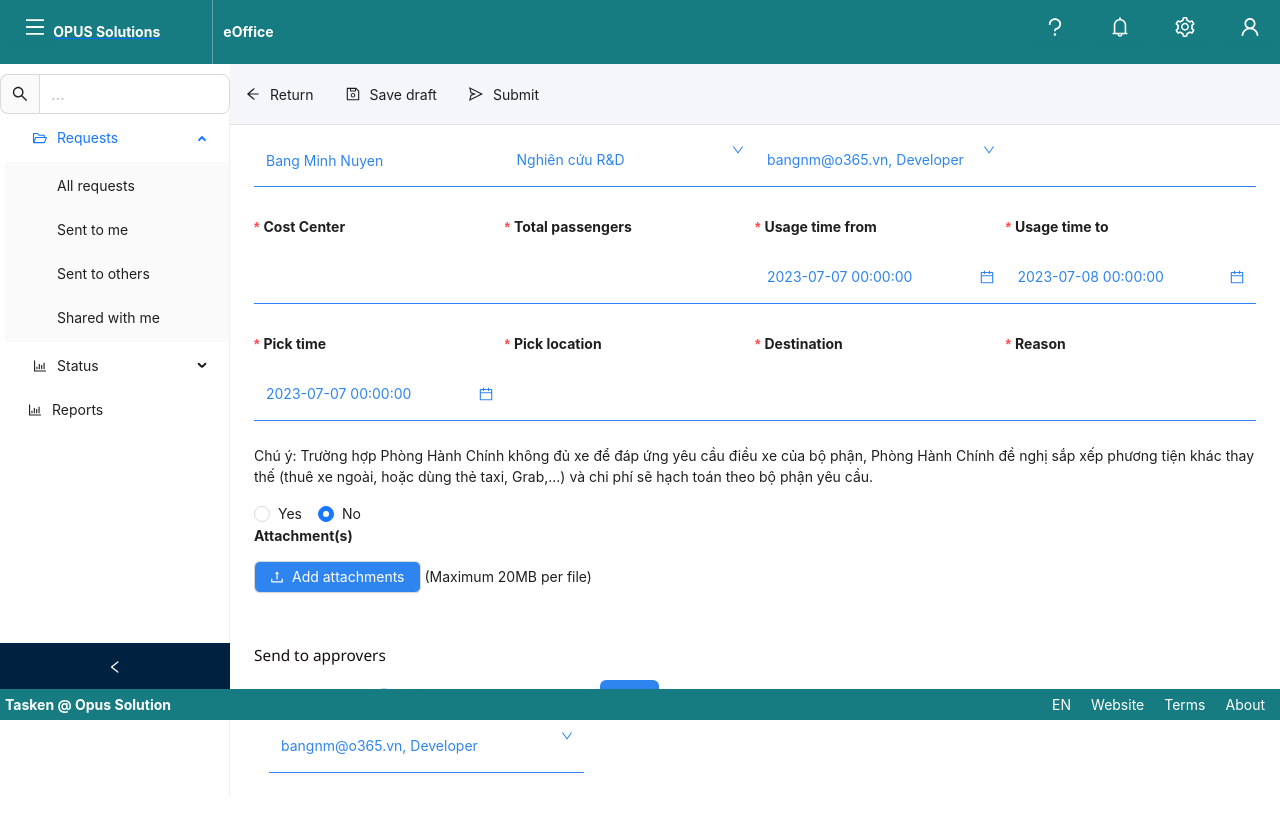
Repository: vannam272008/car-booking
Page: /request/addrequest
These files come from the project's save history. The page is drawn as it stood at one moment and after the next save; the edit follows.
The browser window is 1280 px wide. The pictures show the whole page.
The project was rebuilt for these pictures with package versions that can differ from the ones it lists, and the page was loaded fresh each time. Also part of the build but not shown: src/Components/DetailRequest/Comments/comment.tsx, src/Components/DetailRequest/Menu/menu.tsx, src/Components/DetailRequest/DetailRequest/detailRequest.tsx, src/Pages/ManageRequest/index.css, src/Pages/ManageRequest/ManageRequest.tsx. Imported but missing from the stored project, and not drawn on this page: src/Pages/Home.

Above is the page before, as saved 2023-07-09 22:26:26.

### src/index.tsx
import React from 'react';
import ReactDOM from 'react-dom/client';
import './index.css';
import App from './App';
import reportWebVitals from './reportWebVitals';
import { BrowserRouter } from 'react-router-dom';
import { Provider } from 'react-redux';
import { configureStore } from '@reduxjs/toolkit';
import requestReducer from './Reducers/requestReducer';
import { store } from './Store/store';


const root = ReactDOM.createRoot(
  document.getElementById('root') as HTMLElement
);
root.render(
  <Provider store={store}>
    <React.StrictMode>
      <BrowserRouter>
        <App />
      </BrowserRouter>
    </React.StrictMode>
  </Provider>
);

// If you want to start measuring performance in your app, pass a function
// to log results (for example: reportWebVitals(console.log))
// or send to an analytics endpoint. Learn more: https://bit.ly/CRA-vitals
reportWebVitals();

### src/App.tsx
import { Route, Routes } from 'react-router-dom';
import './App.css';
import Home from './Pages/Home';
import DetailRequest from './Components/DetailRequest/DetailRequest/detailRequest';
import ManageRequest from './Pages/ManageRequest/ManageRequest';
import AddRequest from './Components/AddRequest/AddRequest/addRequest';


function App() {
  return (
    <Routes>
      <Route path="/" element={<Home />} />
      <Route path="/request/carbooking" element={<ManageRequest />} />
      <Route path="/request/detail" element={<DetailRequest />} />
      <Route path='/request/addrequest' element={<AddRequest />} />
      {/* <Route path="/employee/create" element={<AddEmployee />} />
        <Route path="/department/create" element={<AddDepartment />} /> */}
    </Routes>
  );
}

export default App;

### src/Store/store.ts
import requestReducer from "../Reducers/requestReducer";
import { configureStore, createStore } from "@reduxjs/toolkit";


// export const store = configureStore({
//     reduder: {
//         request: requestReducer
//     }
// });

export const store = createStore(requestReducer);

### src/Reducers/requestReducer.ts
// interface RequestState {
//     requestList: string[]
// }

const initState = {
    requestList: [],
    success: true,
}

const requestReducer = (state = initState, action: { type: any; payload: any }) => {
    switch (action.type) {
        case 'SET_REQUEST_LIST':
            return {
                ...state,
                requestList: action.payload,
                success: false
            }
        default:
            return state
    }
}

export default requestReducer

### src/Components/RequestLayout/index.jsx
import React, { useState } from 'react';
import { LaptopOutlined, NotificationOutlined, UserOutlined } from '@ant-design/icons';
import { Layout, theme } from 'antd';
import AppHeader from '../../Components/AppHeader';
import AppSider from '../../Components/AppSider';
import AppFooter from '../../Components/AppFooter';

import "./RequestLayout.scss";

const { Content } = Layout;

const RequestLayout = ({ profile, children }) => {
    const {
        token: { colorBgContainer },
    } = theme.useToken();

    return (
        <div className='manage-request'>
            <AppHeader />
            <Content>
                <Layout style={{ padding: '24px 0', backgroundColor: colorBgContainer }}>
                    <AppSider profile={profile} />
                    <Layout style={{ padding: '24px 0px',backgroundColor: colorBgContainer}}>
                        <Content style={{ padding: '0 24px', minHeight: 280 }}>
                            {children()}
                        </Content>
                    </Layout>
                </Layout>
            </Content>
            <AppFooter />
        </div>


    );
};

export default RequestLayout;

### src/Components/DetailRequest/DetailRequest/detailRequest.css
*{
    box-sizing: border-box;
  }
  .required {
    color: red;
  }
  .page-detail-request{
    min-height: calc(100vh - 83px);
    transition: all 0.3s;
    background-color: #ffffff;
    font-family: "Helvetica Neue",Helvetica,Arial,sans-serif;
    font-size: 14px;
    line-height: 1.42857143;
    color: #333;
    background-color: #fff;
  }

  .info-detail-request{
    margin-top: 85px;
    margin-right: -20px;
    padding-right: 15px;
  }

  .info-basic-detail-request p{
    width: 100%;
    font-weight: 700;
  }

  .title-detail-request{
    color: #434343;
    text-align: center;
    font-size: 30px;
    margin-top: 20px;
    margin-bottom: 20px;
    font-family: inherit;
    font-weight: 500;
    line-height: 1.1;
    font-weight: 700;
  }

  .content-detail-request{
    font-family: "Segoe UI";
    font-size: 14px;
    line-height: 1.42857143;
  }

  .col-detail-request{
    margin-bottom: 15px;
    position: relative;
    min-height: 1px;
    padding-right: 15px;
    padding-left: 15px;
  }

  .col-detail-request label{
    display: inline-block;
    max-width: 100%;
    margin-bottom: 5px;
    font-weight: 700;
    cursor: default;
    font-family: "Segoe UI";
  }
  .attention-detail-request{
    margin-top: 30px;
    margin-bottom: 30px;
    font-family: "Segoe UI";
  }

  .attention-detail-request  p{
    font-size: 1.1em;
    font-weight: 300;
    line-height: 1.7em;
    color: #130e0e;
  }

  .list-approvers p{
    font-size: 1.1em;
    font-weight: 300;
    line-height: 1.7em;
    color: #130e0e;
    margin: 0 0 10px;
  }

  .approver{
    margin-bottom: 15px;
    position: relative;
    min-height: 1px;
    padding-right: 15px;
    padding-left: 15px;
  }

  .approver  label{
    display: inline-block;
    max-width: 100%;
    margin-bottom: 5px;
    font-weight: 700;
    cursor: default;
  }

### src/Components/AddRequest/MenuAdd/menuAdd.tsx
import React from 'react';
import { Menu } from 'antd';
import {
    ArrowLeftOutlined,
    SaveOutlined,
    SendOutlined
} from '@ant-design/icons';
import './menuAdd.css'

function MenuAdd(): JSX.Element {
    return (
        <div>
            <Menu mode="horizontal" className='fixed-menu '>
                <Menu.Item key="return" icon={<ArrowLeftOutlined />}>
                    Return
                </Menu.Item>
                <Menu.Item key="savedraft" icon={<SaveOutlined />}>
                    Save draft
                </Menu.Item>
                <Menu.Item key="submit" icon={<SendOutlined />}>
                    Submit
                </Menu.Item>
            </Menu>
        </div>
    );
}

export default MenuAdd;

### src/Components/AddRequest/AddRequest/addRequest.css
/* .row-request .col-request Input{
    border: none;
    border-radius: 0;
    border-bottom: 1px solid #2F85EF;
    color: #2F85EF;
    box-shadow: none;
}

.ant-form-item-control-input-content .ant-select .ant-select-selector {
    border: none;
    border-radius: 0;
    border-bottom: 1px solid #2F85EF;
    color: #2F85EF;
    box-shadow: none; border: none;
} */
/* .select-add-request .ant-select-selector {
    color: #2F85EF;
    border: none;
} */
.form-approver{
    margin-top: 50px;
    margin-right: 10px;
}
.add-approvers{
    margin-left: 15px;
}
.form-approver > h6{
    font-size: 1.1em;
    font-weight: 300;
    line-height: 1.7em;
    color: #130e0e;
    margin: 0 0 10px;
    font-family: "Segoe UI";
}
.ant-row .ant-form-item-label{
    padding: 0;
}
.ant-form-item-required{
    font-weight: 700;
}
.ant-select-arrow .ant-select-suffix{
    color: #2F85EF;

}
.ant-form-item-control-input-content input{
    border: none;
    border-radius: 0;
    border-bottom: 1px solid #2F85EF;
    color: #2F85EF;
    box-shadow: none;
    height: 53px;
    width: 100%;
    padding: 6px 12px;
    font-size: 14px;
    line-height: 1.42857143;

}
.ant-form-item-control-input-content .ant-select .ant-select-selector{
    border: none;
    border-radius: 0;
    border-bottom: 1px solid #2F85EF;
    width: 100%;
    float: left;
    height: 53px;
    background-color: #fff;
    padding: 6px 12px;
    white-space: nowrap;
    color: #2F85EF;

}
.ant-select .ant-select-selector .ant-select-selection-item{
    display: flex;
    align-items: center;
}
.ant-picker{
    border: none;
    border-radius: 0;
    border-bottom: 1px solid #2F85EF;
    width: 100%;
    float: left;
    height: 53px;
    background-color: #fff;
    padding: 6px 12px;
    white-space: nowrap;
}
.anticon-calendar{
    color: #2F85EF;
}
.ant-picker .ant-picker-input input {
    color: #2F85EF;
}
.cursor-notallow-applicant{
    cursor: not-allowed;
}

### src/Components/DetailRequest/Comments/comment.css
.comments-detail-request{
    margin-top: 25px;
}
.title-comment{
    color: #434343 !important;
    font-size: 30px;
    margin-top: 20px;
    margin-bottom: 10px;
    font-family: inherit;
    font-weight: 500;
    line-height: 1.1;
}
.row-comment-box{
    margin-bottom: 25px;
}
.input-comment{
    width: 100%;
    border: none;
    background: #EBEEF0;
    font-size: 14px;
    line-height: 1.42857143;
    color: #555;
    border-radius: 4px;
    box-shadow: inset 0 1px 1px rgba(0,0,0,.075);
}
.btn-comment{
    background-color: rgb(75,167,71);
    color: white;
}
.upload-comment{
    padding-left: 40px;
}
.list-comment{
    max-width: 555px;
    padding: 15px 0;
    border-top: 1px solid #DDDDDD;
}
.reply-upload-comment{
    margin-top: 15px;
}
.comment-avatar{
    float: left;
    width: 40px;
    padding: 1px;
    margin-top: 10px;
    margin-right: 10px;
    margin-left: 10px;
}
.comment-reply{
    width: 65px;
    text-align: right;
}
.comment-content{
    font-size: 1.1em;
    font-weight: 300;
    line-height: 1.7em;
    color: #130e0e;
    margin: 0 0 10px;
}
.comment-author{
    font-weight: 700;
    margin-right: 8px;
    color: #434343;
    font-size: 13px;
    line-height: 1.7em;
}
.comment-date{
    font-size: 13px;
    margin-left: 15px;
    color: #b4afb2;
    font-style: italic;
}
.reply-comment{
    width: 100%;
    border-top: 1px solid #DDDDDD;
    margin-left: 50px;
    padding: 15px 0;
}
.reply-row{
    width: 100%;
    margin-top: 15px;
    padding-bottom: 0;
    display: flex;
    flex-wrap: wrap;
}
.btn-cancel{
    border: 1px solid transparent;
    border-radius: 4px;
    font-size: 14px;
    font-weight: 400;
    line-height: 1.42857143;
    text-align: center;
    background-color: #f0ad4e;
    margin-left: 15px;
    color: #ffffff;
    padding: 4px 12px;
    height: 30px;
}
.btn-save{
    margin-left: 15px;
}
.reply-comment-row{
    width: 505px;
    margin-left: 50px;
    padding: 15px 0;
    border-top: 1px solid #DDDDDD;
    min-width: 444px;
}

### src/Components/DetailRequest/Menu/menu.css
.fixed-menu {
    position: fixed;
    top: 64px;
    width: 100%;
    z-index: 999;
    border-bottom: 1px solid #e1e1e1;
    border-top-left-radius: 0;
    background-color: rgb(245,246,250);
    min-height: 61px;
    display: flex;
    align-items: center;
    flex-wrap: wrap;
    margin-left: -24px;
}

.fixed-menu .Menu.Item {
    white-space: nowrap;
    margin: 0 10px;
    color: #8894A1;
    font-weight: 500;
    text-decoration: none;
    outline: none;
    transition: all 0.3s;
    cursor: pointer;
    background-color: transparent;
}

### src/Components/AppSider/index.tsx
import React, { useState } from 'react';
import type { MenuProps } from 'antd';
import { Layout, Menu, theme, Space } from 'antd';
import { Input } from 'antd';

import { FolderOpenOutlined, BarChartOutlined, SearchOutlined, SettingOutlined } from '@ant-design/icons';
import "./AppSider.scss";



const { Sider } = Layout;

type MenuItem = Required<MenuProps>['items'][number];

function getItem(
    label: React.ReactNode,
    key: React.Key,
    icon?: React.ReactNode,
    children?: MenuItem[],
    type?: 'group',
): MenuItem {
    return {
        key,
        icon,
        children,
        label,
        type,
    } as MenuItem;
}



const AppSider = (props: any) => {

    const items: MenuProps['items'] = [
        getItem('Requests', 'requests', <FolderOpenOutlined />, [
            getItem('All requests', 'all-request'),
            getItem('Sent to me', 'sent-to-me'),
            getItem('Sent to others', 'sent-to-others'),
            getItem('Shared with me', 'shared-with-me'),
        ]),

        getItem('Status', 'status', <BarChartOutlined />, [
            getItem('Draft', 'draft'),
            getItem('Approving', 'approving'),
            getItem('Approved', 'approved'),
            getItem('Rejected', 'rejected'),
        ]),

        getItem('Reports', 'reports', <BarChartOutlined />),

    ];

    const profileItems: MenuProps['items'] = [

        getItem('Setting', 'setting', <SettingOutlined />),

    ];

    const [openItem, setOpenItem] = useState('requests');

    const handleClick: MenuProps['onClick'] = (e) => {
        console.log('click ', e);
    };
    const [collapsed, setCollapsed] = useState(false);
    const {
        token: { colorBgContainer },
    } = theme.useToken();
    return (
        <Sider collapsible collapsed={collapsed} onCollapse={(value) => setCollapsed(value)} style={{ background: colorBgContainer }} width={230}>
            <Space.Compact size="large">
                <Input addonBefore={<SearchOutlined />} placeholder="..." />
            </Space.Compact>
            <Menu
                mode="inline"
                defaultSelectedKeys={[openItem]}
                defaultOpenKeys={['requests']}
                openKeys={[openItem]}
                style={{ height: '100%' }}
                items={props.profile ? profileItems : items}
                onClick={handleClick}
                onOpenChange={(openKey) => {
                    setOpenItem(openKey[1])
                }}
            />
        </Sider>


    )
}

export default AppSider;

### src/Components/AppFooter/index.tsx
import { Layout } from 'antd';
import "./AppFooter.scss";

const { Footer } = Layout

const AppFooter = () => {
    return (
        <Footer className='mcs-footer'>
            <div>
                <span className='footer-left'><b>Tasken @ Opus Solution</b></span>
                <div className='footer-right'>
                    <span>EN</span>
                    <span>Website</span>
                    <span>Terms</span>
                    <span>About</span>
                </div>
            </div>

        </Footer>)
}

export default AppFooter;

### src/Components/AppHeader/AppHeader.scss
.mcs-header {
    position: fixed;
    z-index: 1001;
    align-items: center;
    background-color: #167c82;
    width: 100%;
    padding-inline: 0;

    & .row-header {
        align-items: center;

        & .btn-menu {
            border: none;
            background-color: #167c82;
            color: white;
            font-size: 20px;
            margin-left: 10px;
        }
    }

    & .col-logo {
        width: 100%;
        border-right: 1px solid rgba(255, 255, 255, 0.3);


        & p {
            width: 100%;
            color: white;
            display: contents;
        }
    }

    & .col-label {
        padding-left: 10px;
        width: 100%;


        & p {
            width: 100%;
            color: white;
            display: contents;
        }
    }

    & .col-function {
        & .group-btn {
            float: right;

            & .btn-item {
                font-size: 20px;
                margin-left: 5px;
                margin-right: 5px;
                border: none;
                background-color: #167c82;
                color: white;

                margin-left: 10px;
            }

        }
    }







}

.ant-dropdown {

    & .dropdown-help {
        display: block;
        right: 0;
        top: 50px;
        width: 320px;
        height: calc(100vh - 84px);
        background-color: #fff;
        border: 1px solid #c8c8c8;

        & .title-dropdown {
            border-bottom: 1px solid #ddd;
            padding-bottom: 5px;
            padding-top: 5px;

            & span {
                margin-left: 10px;
                font-size: 25px;
            }

            & .btn-close {
                font-size: 20px;
                margin-left: 5px;
                margin-right: 5px;
                border: none;
                background-color: white;
                color: black;
                float: right;
            }
        }

        & .content-dropdown {
            display: block;
            margin-top: 10px;




            & .account-info {
                & img {
                    margin-left: 10px;
                    float: left;
                    width: 64px;
                    height: 64px;
                }

                & .info-name {
                    margin-left: 10px;
                    float: left;
                    font-size: 20px;
                }

                & .info-email {
                    margin-left: 10px;
                    font-style: italic;
                }
            }

            .content-info {
                border-top: 1px solid #ddd;
                margin-top: 20px;

                & span {
                    font-size: 20px;
                    margin-left: 10px;
                }

                & p {
                    color: #4BA747;
                    margin-left: 25px;
                }
            }

            & span {
                font-size: 20px;
                margin-left: 10px;
            }

            & p {
                color: #4BA747;
                margin-left: 25px;
            }


        }




    }
}

// .logo {
//     width: 200px;
//     height: 100px;
// }

// .header {
//     background-color: #fff;
//     height: 100px;
//     line-height: 100px;
//     padding: 0;
// }

// .header-name {
//     font-family: 'Segoe UI';
//     font-size: 16px;
//     font-weight: 700;
//     color: #0273bb;
// }

// .header-homepage {
//     font-family: 'Segoe UI';
//     font-size: 16px;
//     font-weight: 700;
//     color: #0273bb;
//     float: right;
//     padding-right: 50px;
//     position: relative;
//     top: -100px;
// }

// .logo-name {
//     display: flex;
// }


/* Extra small devices (phones, 600px and down) */
@media only screen and (max-width: 600px) {
    .header-homepage {
        display: none;
    }

    .header-name {
        font-size: 10px;
    }
}

/* Small devices (portrait tablets and large phones, 600px and up) */
@media only screen and (min-width: 600px) {}

/* Medium devices (landscape tablets, 768px and up) */
@media only screen and (min-width: 768px) {}

/* Large devices (laptops/desktops, 992px and up) */
@media only screen and (min-width: 992px) {}

/* Extra large devices (large laptops and desktops, 1200px and up) */
@media only screen and (min-width: 1240px) {}

### src/Components/AppSider/AppSider.scss
.ant-layout {
        & li {
                padding-left: 5px;
        }

        & .ant-layout-sider {
                position: sticky;
                left: 0;
                margin-top: 50px;



        }

        & .ant-layout-sider-children {}

        & .ant-layout-sider-trigger {
                margin-bottom: 29px;
        }
}

### src/Components/AppFooter/AppFooter.scss
.mcs-footer {
    background-color: #167c82;
    color: #fff;
    position: fixed;
    width: 100%;
    bottom: 0;
    padding: 5px;

    & .footer-left {
        float: left;
    }

    & .footer-right {
        float: right;

        & span {
            padding-left: 10px;
            padding-right: 10px;
        }
    }
}

Loaded but not shown: public/index.html (common file); src/index.css (common file); src/reportWebVitals.ts (common file); src/App.css (common file); src/Components/AddRequest/AddRequest/addRequest.tsx (388 lines, source omitted); src/Components/AppHeader/index.tsx (200 lines, source omitted); src/Components/AddRequest/MenuAdd/menuAdd.css (no stored copy; drawn as an empty file); src/Components/RequestLayout/RequestLayout.scss (no stored copy; drawn as an empty file)

After the next save:
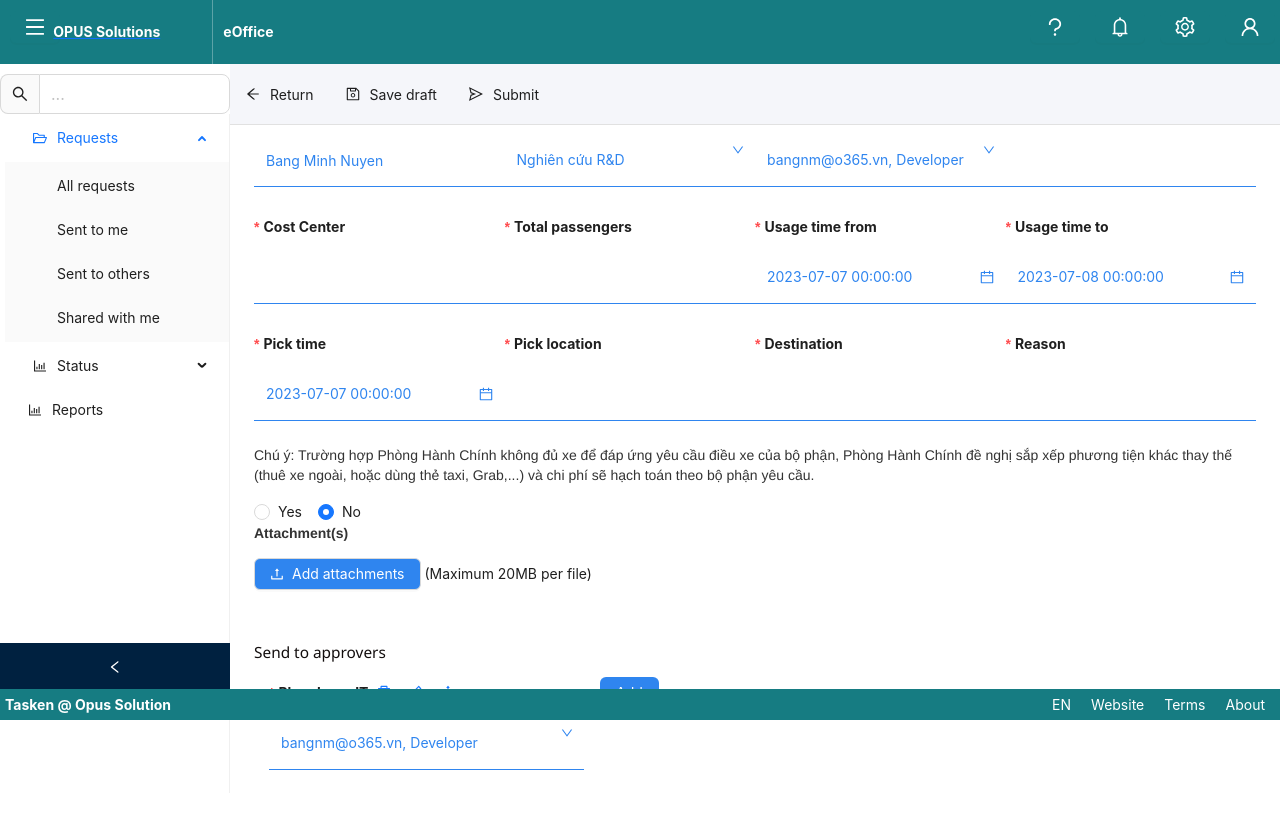
Saved 4 min 2 s later.
--- a/src/Components/AddRequest/AddRequest/addRequest.css
+++ b/src/Components/AddRequest/AddRequest/addRequest.css
@@ -17,6 +17,16 @@
     color: #2F85EF;
     border: none;
 } */
+.page-request{
+    min-height: calc(100vh - 83px);
+    transition: all 0.3s;
+    background-color: #ffffff;
+    font-family: "Helvetica Neue",Helvetica,Arial,sans-serif;
+    font-size: 14px;
+    line-height: 1.42857143;
+    color: #333;
+    background-color: #fff;
+}
 .form-approver{
     margin-top: 50px;
     margin-right: 10px;
